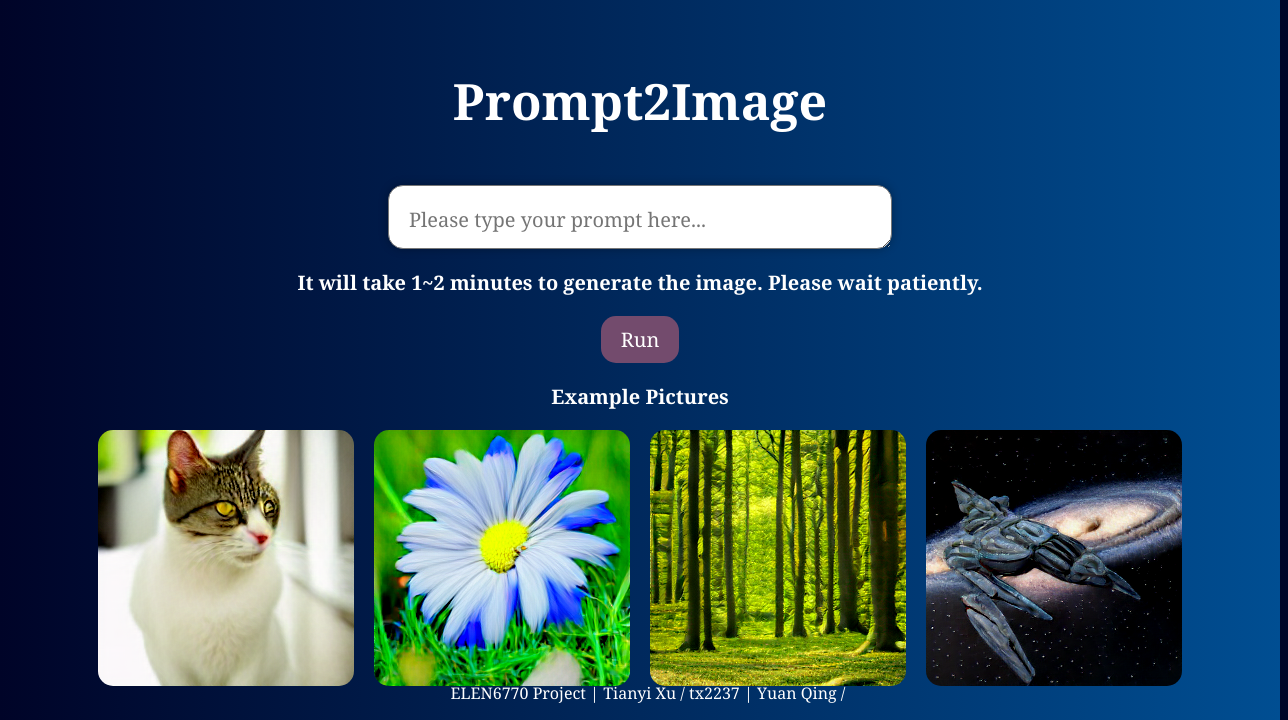
Repository: XTTTZ/Prompt2Image
Page: main4.html
These files come from the project's save history. The page is drawn as it stood at one moment and after the next save; the edit follows.
The browser window is 1280 px wide. The page is 1288 px wide, so the pictures cover 1288 px, including what lies to the right of the window. The pictures show the whole page.
The page's requests for data from a server got no answer.

Above is the page before, as saved 2023-12-01 02:18:31.

After the next save:
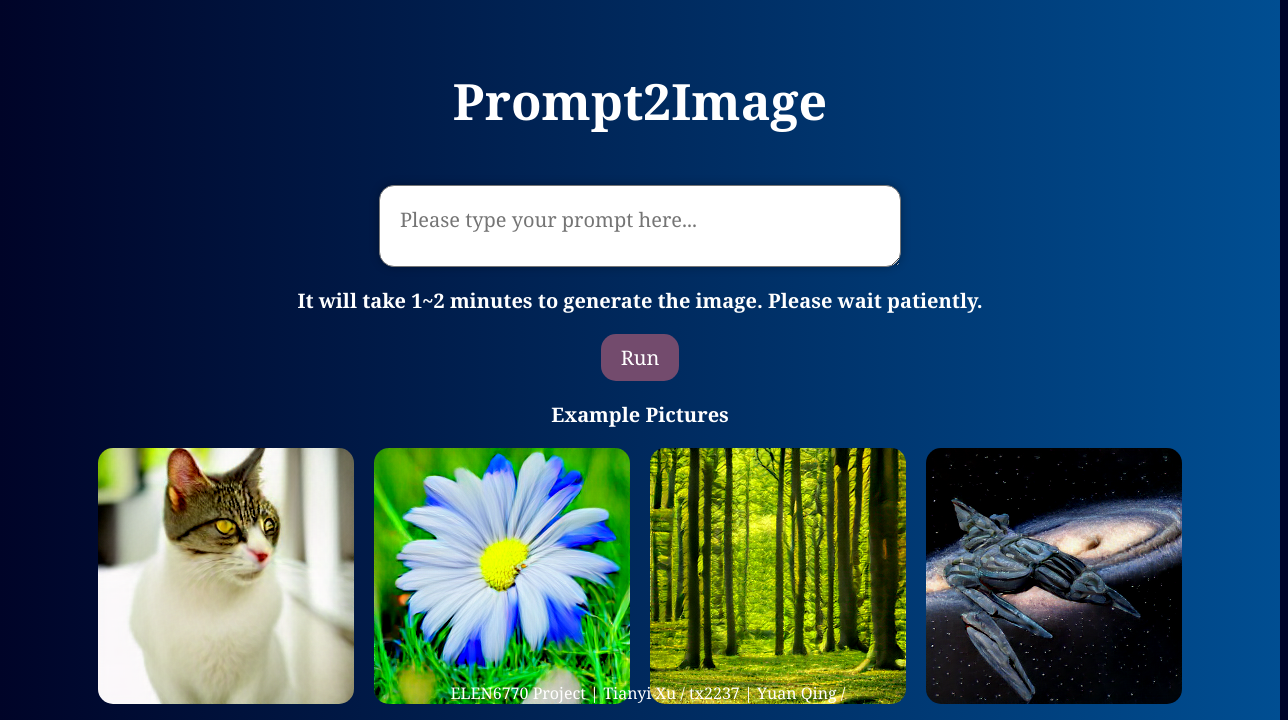
Saved 38 s later.
--- a/main4.html
+++ b/main4.html
@@ -51,8 +51,7 @@
         }
 
         textarea {
-            padding-left: 1em;
-            padding-top: 1em;
+            padding: 1em;
             width: 24em;
             height: 2em;
             text-align: left;
